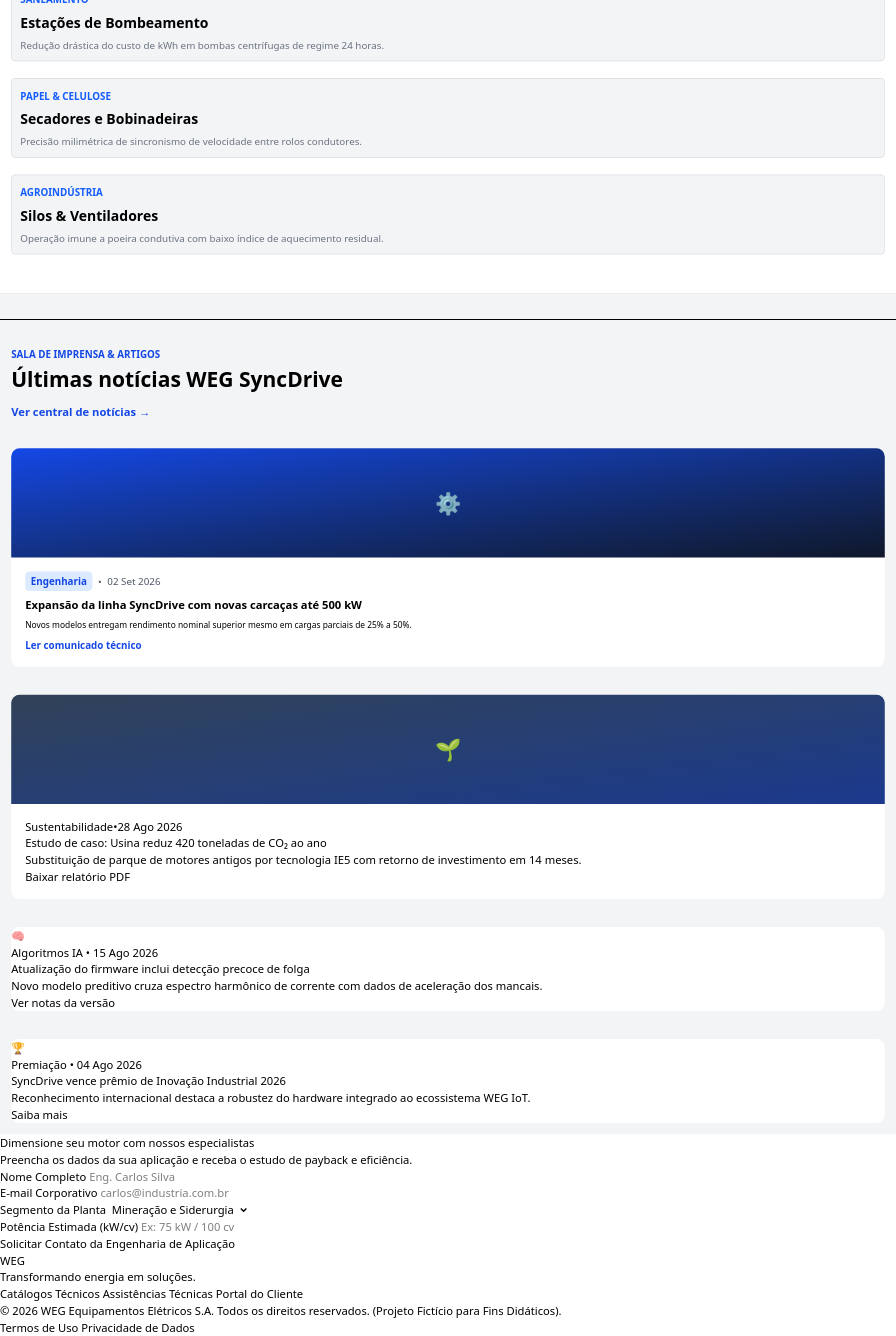
Repository: camilewng/Exercicio-Tailwind
Page: index.html
An editor plug-in stored every save of this project. The page is shown before and after the next save, followed by the edit.
The browser window is 1280 px wide. The pictures show the part of the page from y = 2449 to 4369 px (the page is 4357 px tall before and 4369 px after), at 70% of full size.

Above is the page before, as saved 2026-09-14 15:36:25.

After the next save:
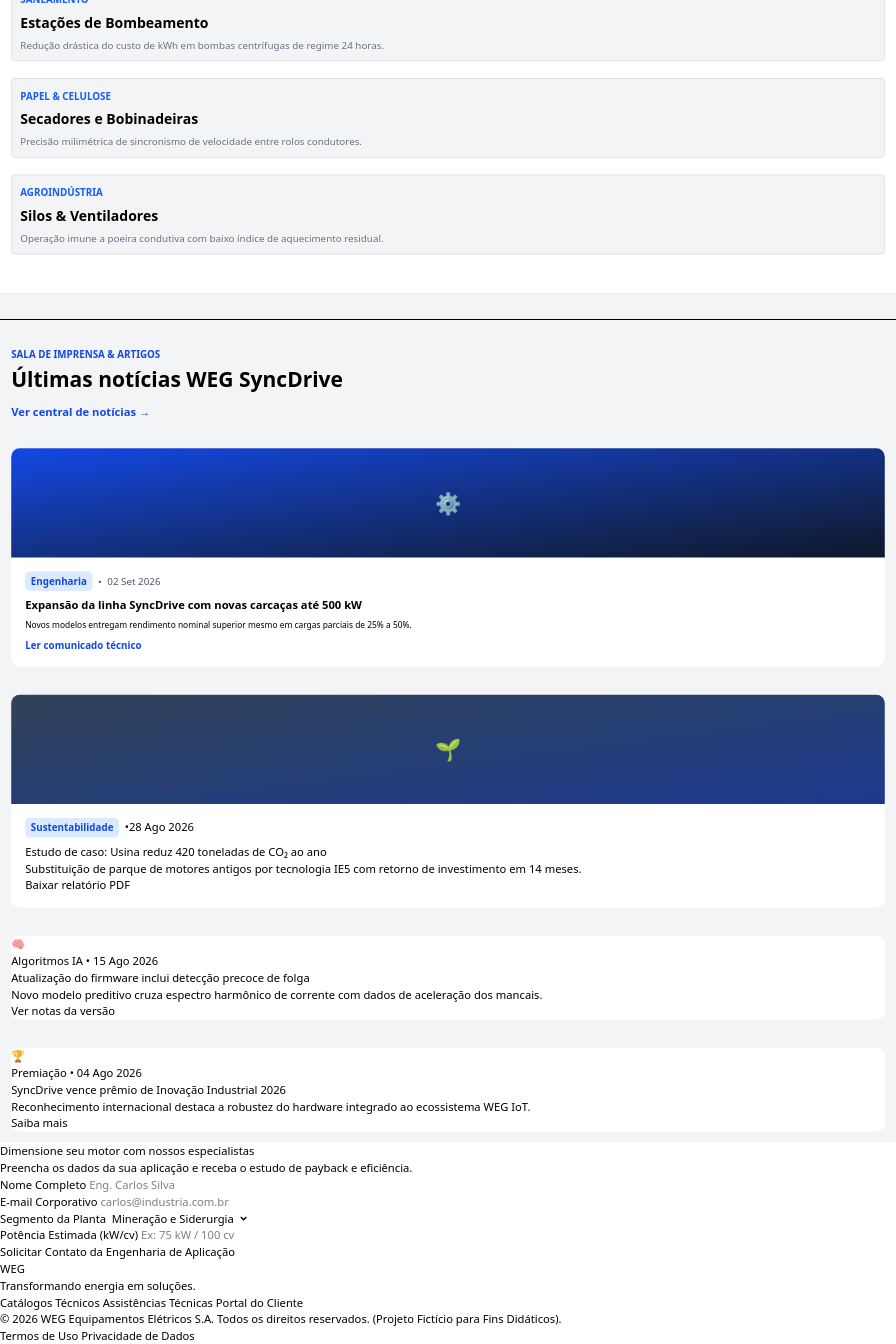
Saved 11 s later.
--- a/index.html
+++ b/index.html
@@ -265,7 +265,7 @@
             <div class="text-3xl py-15 text-center bg-gradient-to-br from-slate-700 to-blue-900 rounded-t-xl ">🌱</div>
             <div class="px-5 py-5">
               <div class="flex">
-                <span>Sustentabilidade</span>
+                <span class="bg-blue-100 py-1 px-2 rounded-md text-blue-700 font-semibold text-sm mb-2 mr-2">Sustentabilidade</span>
                 <span>•</span>
                 <time>28 Ago 2026</time>
               </div>
